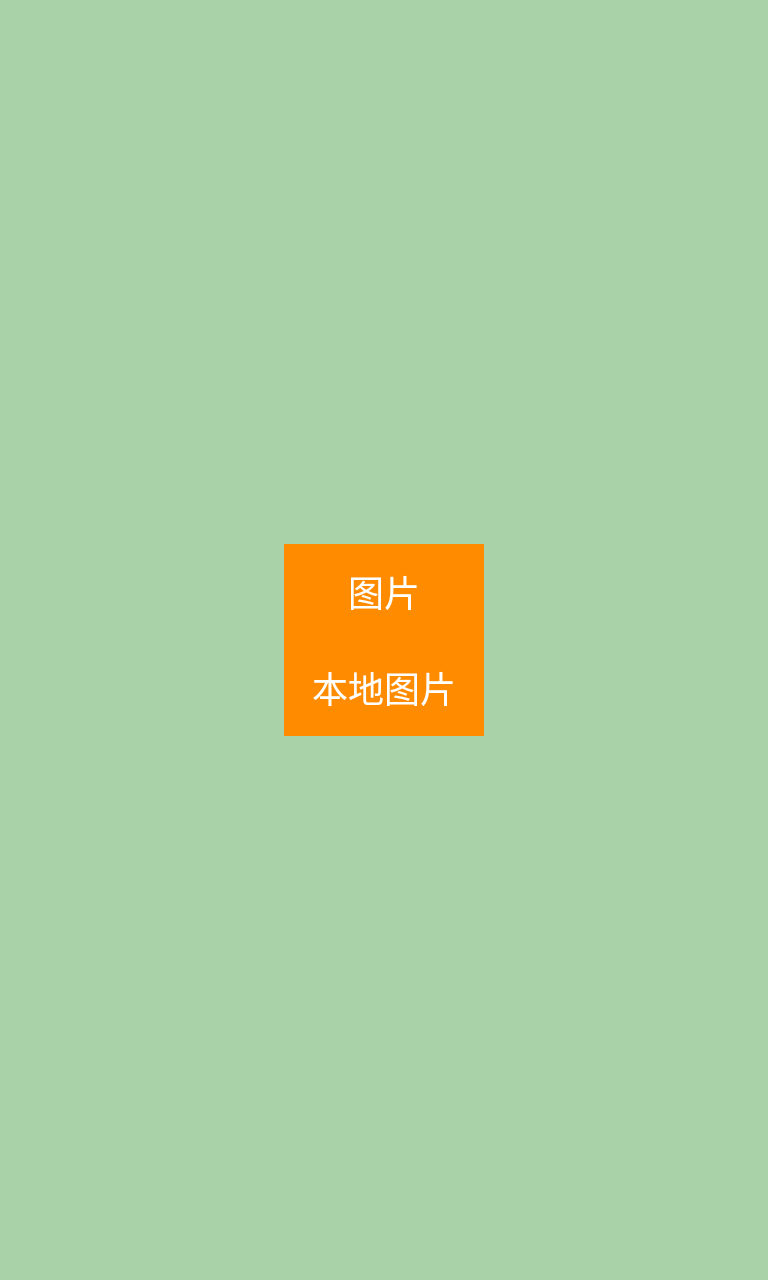
Repository: taiyang0725/Android
Layout: TestViewPage/res/layout/b.xml
These files come from the project's save history. The layout is drawn as it stood at one moment and after the next save; the edit follows.
It is drawn on a 768 x 1280 px phone screen (xhdpi) without system bars, with theme AppTheme; the app's code is not run.

Above is the layout before, as saved 2015-05-14 03:41:17.

### TestViewPage/res/layout/b.xml
<?xml version="1.0" encoding="utf-8"?>
<RelativeLayout xmlns:android="http://schemas.android.com/apk/res/android"
    android:layout_width="match_parent"
    android:layout_height="match_parent"
    android:background="#AAD2A8" >

   <LinearLayout
       android:layout_width="wrap_content"
        android:layout_height="wrap_content"
        android:layout_centerInParent="true"
        android:orientation="vertical"
       >
    <Button
        android:id="@+id/btn_pic_net"
        android:layout_width="100dp"
        android:layout_height="wrap_content"
        android:background="#FF8C00"
        android:text="图片"
        android:textColor="#FFFFFF"
        />
    <Button
        android:id="@+id/btn_pic_local"
        android:layout_width="100dp"
        android:layout_height="wrap_content"
        android:background="#FF8C00"
       android:textColor="#FFFFFF"
        android:text="本地图片"
        />

   </LinearLayout>

</RelativeLayout>

### TestViewPage/res/values/styles.xml
<resources xmlns:android="http://schemas.android.com/apk/res/android">

    <!--
        Base application theme, dependent on API level. This theme is replaced
        by AppBaseTheme from res/values-vXX/styles.xml on newer devices.





    -->
    <style name="AppBaseTheme" parent="android:Theme.Light">
        <!--
            Theme customizations available in newer API levels can go in
            res/values-vXX/styles.xml, while customizations related to
            backward-compatibility can go here.





        -->
    </style>

    <!-- Application theme. -->
    <style name="AppTheme" parent="AppBaseTheme">
        <!-- All customizations that are NOT specific to a particular API-level can go here. -->
    </style>

    <style name="set_title">
        <item name="android:layout_width">match_parent</item>
        <item name="android:layout_height">40dp</item>
        <item name="android:orientation">horizontal</item>
    </style>

    <style name="set_layout">
        <item name="android:layout_width">0dp</item>
        <item name="android:layout_weight">1</item>
        <item name="android:layout_height">wrap_content</item>

    </style>

    <style name="set_txt">
        <item name="android:layout_width">wrap_content</item>
        <item name="android:layout_height">wrap_content</item>
        <item name="android:orientation">vertical</item>

    </style>

    <style name="set_btn">
        <item name="android:layout_width">35dp</item>
        <item name="android:layout_height">35dp</item>
    </style>

</resources>

Loaded but not shown: TestViewPage/res/values-v11/styles.xml (common file); TestViewPage/res/values-v14/styles.xml (common file)

After the next save:
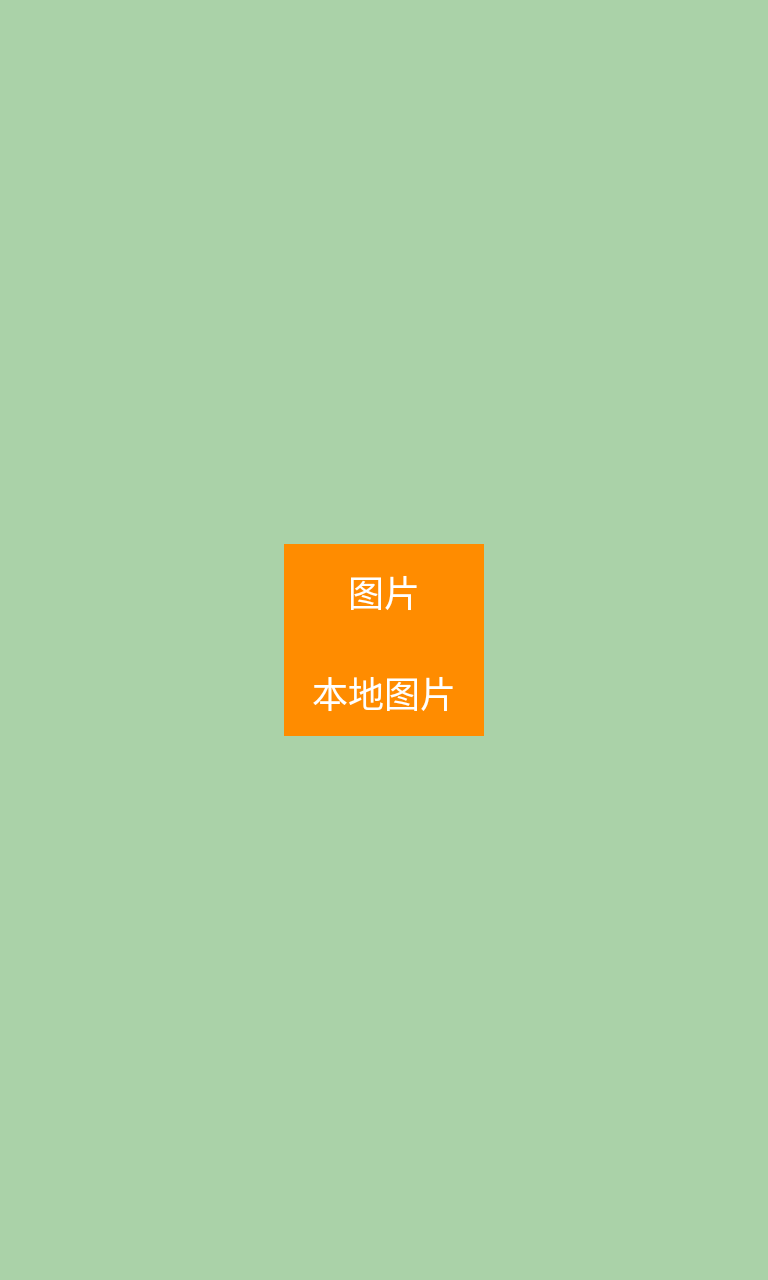
Saved 12 s later.
--- a/TestViewPage/res/layout/b.xml
+++ b/TestViewPage/res/layout/b.xml
@@ -22,6 +22,7 @@
         android:id="@+id/btn_pic_local"
         android:layout_width="100dp"
         android:layout_height="wrap_content"
+        android:paddingTop="5dp"
         android:background="#FF8C00"
        android:textColor="#FFFFFF"
         android:text="本地图片"
